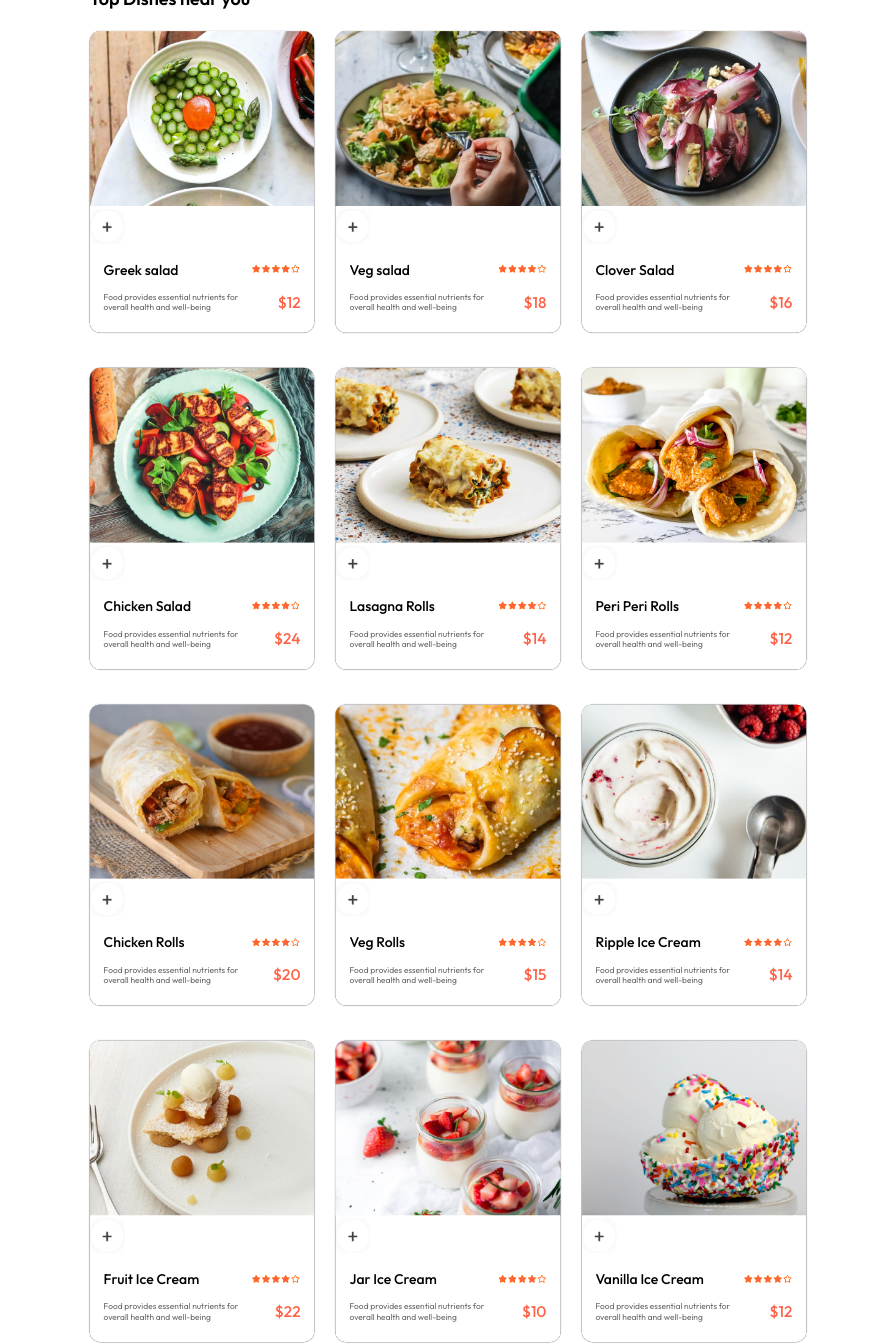
Repository: guilhermecardoso93/tomato-front-end
Page: /
An editor plug-in stored every save of this project. The page is shown before and after the next save, followed by the edit.
The browser window is 1280 px wide. The pictures show the part of the page from y = 948 to 2868 px (the page is 6233 px tall before and 5639 px after), at 70% of full size.
The project was rebuilt for these pictures with package versions that can differ from the ones it lists, and the page was loaded fresh each time. Also part of the build but not shown: vite.config.js, src/pages/Cart/styles.css, src/pages/Cart/index.jsx, src/pages/PlaceOrder/styles.css, src/pages/PlaceOrder/index.jsx.

Above is the page before, as saved 2024-10-30 19:50:39.

### index.html
<!doctype html>
<html lang="en">

<head>
    <meta charset="UTF-8" />
    <link rel="icon" type="image/svg+xml" href="" />
    <link rel="preconnect" href="https://fonts.googleapis.com">
    <link rel="preconnect" href="https://fonts.gstatic.com" crossorigin>
    <link href="https://fonts.googleapis.com/css2?family=Inter:ital,opsz,wght@0,14..32,100..900;1,14..32,100..900&family=Outfit:wght@100..900&display=swap" rel="stylesheet">
    <meta name="viewport" content="width=device-width, initial-scale=1.0" />
    <title>Tomato</title>
</head>

<body>
    <div id="root"></div>
    <script type="module" src="/src/main.jsx"></script>
</body>

</html>

### src/main.jsx
import { StrictMode } from "react";
import { createRoot } from "react-dom/client";
import "./index.css";
import { App } from "./App.jsx";
import { BrowserRouter } from "react-router-dom";
import StoreContextProvider from "./context/StoreContext.jsx";

createRoot(document.getElementById("root")).render(
  <BrowserRouter>
    <StoreContextProvider>
      <App />
    </StoreContextProvider>
  </BrowserRouter>
);

### src/index.css
* {
  padding: 0;
  margin: 0;
  box-sizing: border-box;
}

body {
  min-height: 100vh;
  font-family: "Outfit", sans-serif;
}

a {
  text-decoration: none;
  color: inherit;
}

.app {
  width: 80%;
  margin: auto;
}

@keyframes fadeIn {
  0% {
    opacity: 0;
  }

  100% {
    opacity: 1;
  }
}

### src/App.jsx
import { Routes, Route } from "react-router-dom";
import { Navbar } from "./components/Navbar";

import { Home } from "./pages/Home";
import { Cart } from "./pages/Cart";
import { PlaceOrder } from "./pages/PlaceOrder";

export function App() {
  return (
    <div className="app">
      <Navbar />
      <Routes>
        <Route path="/" element={<Home />} />
        <Route path="/cart" element={<Cart />} />
        <Route path="/order" element={<PlaceOrder />} />
      </Routes>
    </div>
  );
}

### src/context/StoreContext.jsx
import { createContext } from "react";
import { food_list } from "../assets/assets";

export const StoreContext = createContext(null);

const StoreContextProvider = (props) => {
  const contextValue = {
    food_list,
  };

  return (
    <StoreContext.Provider value={contextValue}>
      {props.children}
    </StoreContext.Provider>
  );
};

export default StoreContextProvider;

### src/components/Navbar/index.jsx
import { useState } from "react";
import { assets } from "../../assets/assets";
import "./styles.css";

export const Navbar = () => {
  const [menu, setMenu] = useState("Home");

  return (
    <div className="navbar">
      <img src={assets.logo} alt="Logo" className="logo" />
      <ul className="navbar-menu">
        <li
          onClick={() => setMenu("Home")}
          className={menu === "Home" ? "active" : ""}
        >
          Home
        </li>
        <li
          onClick={() => setMenu("Menu")}
          className={menu === "Menu" ? "active" : ""}
        >
          Menu
        </li>
        <li
          onClick={() => setMenu("MobileApp")}
          className={menu === "MobileApp" ? "active" : ""}
        >
          MobileApp
        </li>
        <li
          onClick={() => setMenu("Contact Us")}
          className={menu === "Contact Us" ? "active" : ""}
        >
          Contact Us
        </li>
      </ul>
      <div className="navbar-right">
        <img src={assets.search_icon} alt="" />
        <div className="navbar-search-icon">
          <img src={assets.basket_icon} alt="" />
          <div className="dot"></div>
        </div>
        <button>sign in</button>
      </div>
    </div>
  );
};

### src/pages/Home/index.jsx
import { useState } from "react";
import { ExplorerMenu } from "../../components/ExplorerMenu";
import { Header } from "../../components/Header";
import "./styles.css";
import { FoodDisplay } from "../../components/FoodDisplay/Index";

export const Home = () => {
  const [category, setCategory] = useState("All");

  return (
    <div>
      <Header />
      <ExplorerMenu category={category} setCategory={setCategory} />
      <FoodDisplay category={category} />
    </div>
  );
};

### src/assets/assets.js
import basket_icon from './icons/basket_icon.png'
import logo from './logo.png'
import header_img from './header_img.png'
import search_icon from './icons/search_icon.png'
import menu_1 from './menu/menu_1.png'
import menu_2 from './menu/menu_2.png'
import menu_3 from './menu/menu_3.png'
import menu_4 from './menu/menu_4.png'
import menu_5 from './menu/menu_5.png'
import menu_6 from './menu/menu_6.png'
import menu_7 from './menu/menu_7.png'
import menu_8 from './menu/menu_8.png'

import food_1 from './food/food_1.png'
import food_2 from './food/food_2.png'
import food_3 from './food/food_3.png'
import food_4 from './food/food_4.png'
import food_5 from './food/food_5.png'
import food_6 from './food/food_6.png'
import food_7 from './food/food_7.png'
import food_8 from './food/food_8.png'
import food_9 from './food/food_9.png'
import food_10 from './food/food_10.png'
import food_11 from './food/food_11.png'
import food_12 from './food/food_12.png'
import food_13 from './food/food_13.png'
import food_14 from './food/food_14.png'
import food_15 from './food/food_15.png'
import food_16 from './food/food_16.png'
import food_17 from './food/food_17.png'
import food_18 from './food/food_18.png'
import food_19 from './food/food_19.png'
import food_20 from './food/food_20.png'
import food_21 from './food/food_21.png'
import food_22 from './food/food_22.png'
import food_23 from './food/food_23.png'
import food_24 from './food/food_24.png'
import food_25 from './food/food_25.png'
import food_26 from './food/food_26.png'
import food_27 from './food/food_27.png'
import food_28 from './food/food_28.png'
import food_29 from './food/food_29.png'
import food_30 from './food/food_30.png'
import food_31 from './food/food_31.png'
import food_32 from './food/food_32.png'

import add_icon_white from './icons/add_icon_white.png'
import add_icon_green from './icons/add_icon_green.png'
import remove_icon_red from './icons/remove_icon_red.png'
import app_store from './icons/app_store.png'
import play_store from './icons/play_store.png'
import linkedin_icon from './icons/linkedin_icon.png'
import facebook_icon from './icons/facebook_icon.png'
import twitter_icon from './icons/twitter_icon.png'
import cross_icon from './icons/cross_icon.png'
import selector_icon from './icons/selector_icon.png'
import rating_starts from './icons/rating_starts.png'
import profile_icon from './icons/profile_icon.png'
import bag_icon from './icons/bag_icon.png'
import logout_icon from './icons/logout_icon.png'
import parcel_icon from './icons/parcel_icon.png'

export const assets = {
    logo,
    basket_icon,
    header_img,
    search_icon,
    rating_starts,
    add_icon_green,
    add_icon_white,
    remove_icon_red,
    app_store,
    play_store,
    linkedin_icon,
    facebook_icon,
    twitter_icon,
    cross_icon,
    selector_icon,
    profile_icon,
    logout_icon,
    bag_icon,
    parcel_icon
}

export const menu_list = [
    {
        menu_name: "Salad",
        menu_image: menu_1
    },
    {
        menu_name: "Rolls",
        menu_image: menu_2
    },
    {
        menu_name: "Deserts",
        menu_image: menu_3
    },
    {
        menu_name: "Sandwich",
        menu_image: menu_4
    },
    {
        menu_name: "Cake",
        menu_image: menu_5
    },
    {
        menu_name: "Pure Veg",
        menu_image: menu_6
    },
    {
        menu_name: "Pasta",
        menu_image: menu_7
    },
    {
        menu_name: "Noodles",
        menu_image: menu_8
    }]

export const food_list = [
    {
        _id: "1",
        name: "Greek salad",
        image: food_1,
        price: 12,
        description: "Food provides essential nutrients for overall health and well-being",
        category: "Salad"
    },
    {
        _id: "2",
        name: "Veg salad",
        image: food_2,
        price: 18,
        description: "Food provides essential nutrients for overall health and well-being",
        category: "Salad"
    }, {
        _id: "3",
        name: "Clover Salad",
        image: food_3,
        price: 16,
        description: "Food provides essential nutrients for overall health and well-being",
        category: "Salad"
    }, {
        _id: "4",
        name: "Chicken Salad",
        image: food_4,
        price: 24,
        description: "Food provides essential nutrients for overall health and well-being",
        category: "Salad"
    }, {
        _id: "5",
        name: "Lasagna Rolls",
        image: food_5,
        price: 14,
        description: "Food provides essential nutrients for overall health and well-being",
        category: "Rolls"
    }, {
        _id: "6",
        name: "Peri Peri Rolls",
        image: food_6,
        price: 12,
        description: "Food provides essential nutrients for overall health and well-being",
        category: "Rolls"
    }, {
        _id: "7",
        name: "Chicken Rolls",
        image: food_7,
        price: 20,
        description: "Food provides essential nutrients for overall health and well-being",
        category: "Rolls"
    }, {
        _id: "8",
        name: "Veg Rolls",
        image: food_8,
        price: 15,
        description: "Food provides essential nutrients for overall health and well-being",
        category: "Rolls"
    }, {
        _id: "9",
        name: "Ripple Ice Cream",
        image: food_9,
        price: 14,
        description: "Food provides essential nutrients for overall health and well-being",
        category: "Deserts"
    }, {
        _id: "10",
        name: "Fruit Ice Cream",
        image: food_10,
        price: 22,
        description: "Food provides essential nutrients for overall health and well-being",
        category: "Deserts"
    }, {
        _id: "11",
        name: "Jar Ice Cream",
        image: food_11,
        price: 10,
        description: "Food provides essential nutrients for overall health and well-being",
        category: "Deserts"
    }, {
        _id: "12",
        name: "Vanilla Ice Cream",
        image: food_12,
        price: 12,
        description: "Food provides essential nutrients for overall health and well-being",
        category: "Deserts"
    },
    {
        _id: "13",
        name: "Chicken Sandwich",
        image: food_13,
        price: 12,
        description: "Food provides essential nutrients for overall health and well-being",
        category: "Sandwich"
    },
    {
        _id: "14",
        name: "Vegan Sandwich",
        image: food_14,
        price: 18,
        description: "Food provides essential nutrients for overall health and well-being",
        category: "Sandwich"
    }, {
        _id: "15",
        name: "Grilled Sandwich",
        image: food_15,
        price: 16,
        description: "Food provides essential nutrients for overall health and well-being",
        category: "Sandwich"
    }, {
        _id: "16",
        name: "Bread Sandwich",
        image: food_16,
        price: 24,
        description: "Food provides essential nutrients for overall health and well-being",
        category: "Sandwich"
    }, {
        _id: "17",
        name: "Cup Cake",
        image: food_17,
        price: 14,
        description: "Food provides essential nutrients for overall health and well-being",
        category: "Cake"
    }, {
        _id: "18",
        name: "Vegan Cake",
        image: food_18,
        price: 12,
        description: "Food provides essential nutrients for overall health and well-being",
        category: "Cake"
    }, {
        _id: "19",
        name: "Butterscotch Cake",
        image: food_19,
        price: 20,
        description: "Food provides essential nutrients for overall health and well-being",
        category: "Cake"
    }, {
        _id: "20",
        name: "Sliced Cake",
        image: food_20,
        price: 15,
        description: "Food provides essential nutrients for overall health and well-being",
        category: "Cake"
    }, {
        _id: "21",
        name: "Garlic Mushroom ",
        image: food_21,
        price: 14,
        description: "Food provides essential nutrients for overall health and well-being",
        category: "Pure Veg"
    }, {
        _id: "22",
        name: "Fried Cauliflower",
        image: food_22,
        price: 22,
        description: "Food provides essential nutrients for overall health and well-being",
        category: "Pure Veg"
    }, {
        _id: "23",
        name: "Mix Veg Pulao",
        image: food_23,
        price: 10,
        description: "Food provides essential nutrients for overall health and well-being",
        category: "Pure Veg"
    }, {
        _id: "24",
        name: "Rice Zucchini",
        image: food_24,
        price: 12,
        description: "Food provides essential nutrients for overall health and well-being",
        category: "Pure Veg"
    },
    {
        _id: "25",
        name: "Cheese Pasta",
        image: food_25,
        price: 12,
        description: "Food provides essential nutrients for overall health and well-being",
        category: "Pasta"
    },
    {
        _id: "26",
        name: "Tomato Pasta",
        image: food_26,
        price: 18,
        description: "Food provides essential nutrients for overall health and well-being",
        category: "Pasta"
    }, {
        _id: "27",
        name: "Creamy Pasta",
        image: food_27,
        price: 16,
        description: "Food provides essential nutrients for overall health and well-being",
        category: "Pasta"
    }, {
        _id: "28",
        name: "Chicken Pasta",
        image: food_28,
        price: 24,
        description: "Food provides essential nutrients for overall health and well-being",
        category: "Pasta"
    }, {
        _id: "29",
        name: "Buttter Noodles",
        image: food_29,
        price: 14,
        description: "Food provides essential nutrients for overall health and well-being",
        category: "Noodles"
    }, {
        _id: "30",
        name: "Veg Noodles",
        image: food_30,
        price: 12,
        description: "Food provides essential nutrients for overall health and well-being",
        category: "Noodles"
    }, {
        _id: "31",
        name: "Somen Noodles",
        image: food_31,
        price: 20,
        description: "Food provides essential nutrients for overall health and well-being",
        category: "Noodles"
    }, {
        _id: "32",
        name: "Cooked Noodles",
        image: food_32,
        price: 15,
        description: "Food provides essential nutrients for overall health and well-being",
        category: "Noodles"
    }
]

### src/components/Navbar/styles.css
.navbar {
  padding: 20px 0;
  display: flex;
  justify-content: space-between;
  align-items: center;
}

.navbar .logo {
  width: 150px;
}

.navbar-menu {
  display: flex;
  list-style: none;
  gap: 10px;
  color: #49557c;
  font-size: 18px;
}

.navbar li {
  cursor: pointer
}

.navbar-right {
  display: flex;
  align-items: center;
  gap: 40px;
}

.navbar button {
  background: transparent;
  font-size: 16px;
  color: #49557c;
  border: 1px solid tomato;
  padding: 10px 30px;
  border-radius: 50px;
  cursor: pointer;
  transition: 0.3s;
}

.navbar button:hover {
  background: #fff4f2;
}

.navbar .active {
  padding-bottom: 2px;
  border-bottom: 2px solid #49557c;
}

.navbar-search-icon {
  position: relative;
}

.navbar-search-icon .dot {
  position: absolute;
  min-height: 10px;
  min-width: 10px;
  background-color: tomato;
  border-radius:  5px;
  top: -8px;
  right: -8px;
}

### src/components/ExplorerMenu/index.jsx
import { menu_list } from "../../assets/assets";

import "./styles.css";

export const ExplorerMenu = ({ category, setCategory }) => {
  return (
    <div className="explorer-menu" id="explore-menu">
      <h1>Explore our menu</h1>
      <p className="explore-menu-text">
        Choose from a diverse menu featuring a delectable arrays os dishes
        crafted with the finest ingredients and culinary expertise. Our mission
        is to satisfy your cravings and elevate your dining experience, one
        delicious meal at a time.
      </p>
      <div className="explore-menu-list">
        {menu_list.map((item, index) => {
          return (
            <div
              className="explore-menu-list-item"
              key={index}
              onClick={() =>
                setCategory((prev) =>
                  prev === item.menu_name ? "All" : item.menu_name
                )
              }
            >
              <img
                src={item.menu_image}
                alt=""
                className={category === item.menu_name ? "active" : ""}
              />
              <p className={category === item.menu_name ? "active-text" : ""}>
                {item.menu_name}
              </p>
            </div>
          );
        })}
      </div>
      <hr />
    </div>
  );
};

### src/components/Header/index.jsx
import "./styles.css";

export const Header = () => {
  return (
    <div className="header">
      <div className="header-container">
        <h2>Oder your favorite food here</h2>
        <p>
          Choose from a diverse menu featuring a delectable arrays os dishes
          crafted with the finest ingredients and culinary expertise. Our
          mission is to satisfy your cravings and elevate your dining
          experience, one delicious meal at a time.
        </p>
        <button> View Menu</button>
      </div>
    </div>
  );
};

### src/components/FoodDisplay/Index.jsx
import { useContext } from "react";
import { StoreContext } from "../../context/StoreContext";
import { FoodItem } from "../FoodItem";

import "./styles.css";

export const FoodDisplay = ({ category }) => {
  const { food_list } = useContext(StoreContext);

  return (
    <div className="food-display" id="food-display">
      <h2>Top Dishes near you</h2>
      <div className="food-display-list">
        {food_list.map((item, index) => {
          return (
            <FoodItem
              key={index}
              id={item.id}
              name={item.name}
              description={item.description}
              price={item.price}
              image={item.image}
            />
          );
        })}
      </div>
    </div>
  );
};

### src/components/ExplorerMenu/styles.css
.explorer-menu {
  display: flex;
  flex-direction: column;
  gap: 1rem;
}

.explorer-menu h1 {
  color: #262626;
  font-size: 500;
}

.explore-menu-text {
  max-width: 60%;
  color: #808080;
}

.explore-menu-list {
  display: flex;
  justify-content: space-between;
  align-items: center;
  gap: 30px;
  text-align: center;
  margin: 20px 0px;
  overflow-x: scroll;
}

.explore-menu-list::-webkit-scrollbar {
  display: none;
}

.explore-menu-list img {
  width: 7.5vw;
  min-width: 80px;
  cursor: pointer;
  border-radius: 50%;
  transition: 0.2s;
}

.explore-menu-list p {
  margin-top: 10px;
  color: #747474;
  font-size: max(1.4vw, 16px);
  cursor: pointer;
}

.explore-menu hr {
  margin: 10px 0px;
  height: 2px;
  background: #e2e2e2;
  border: none;
}

.explore-menu-list .active {
  border: 4px solid tomato;
  padding: 2px;
}

.explore-menu-list .active-text {
  color: tomato;
}

### src/components/Header/styles.css
.header {
  height: 34vw;
  margin: 30px auto;
  background: url('../../assets/header_img.png') no-repeat;
  background-size: contain;
  position: relative;
}



.header-container {
  position: absolute;
  display: flex;
  flex-direction: column;
  align-items: start;
  padding: 20px;
  gap: 1.5vw;
  max-width: 52%;
  bottom: 10%;
  animation: fadeIn 3s;
}


.header-container h2 {
  font-weight: 500;
  color: #f2f2f2f2;
  font-size: max(4.5vw, 22px);
}


.header-container p {
  color: #f2f2f2f2;
  font-size: 1vw;
}


.header-container button {
  border: none;
  color: #747474;
  font-weight: 700;
  padding: 1vw 2.3vw;
  background: white;
  font-size: max(1vw, 13px);
  border-radius: 50px;
}

### src/components/FoodItem/index.jsx
import { useState } from "react";
import { assets } from "../../assets/assets";
import "./styles.css";

export const FoodItem = ({ id, name, price, description, image }) => {
  const [itemCount, setItemCount] = useState(0);

  return (
    <div className="food-item" id={id}>
      <div className="food-item-image-container">
        <img src={image} alt="" className="food-item-image" />
        {!itemCount ? (
          <img
            src={assets.add_icon_white}
            alt=""
            className="add"
            onClick={() => setItemCount((prev) => prev + 1)}
          />
        ) : (
          <div className="food-item-counter">
            <img
              src={assets.remove_icon_red}
              alt=""
              onClick={() => setItemCount((prev) => Math.max(prev - 1, 0))}
            />
            <p>{itemCount}</p>
            <img
              src={assets.add_icon_green}
              alt=""
              onClick={() => setItemCount((prev) => prev + 1)}
            />
          </div>
        )}
      </div>
      <div className="food-item-info">
        <div className="food-item-name-rating">
          <p>{name}</p>
          <img src={assets.rating_starts} alt="" />
        </div>
        <div className="food-item-prices">
          <p className="food-item-description">{description}</p>
          <p className="food-item-price">${price}</p>
        </div>
      </div>
    </div>
  );
};

### src/components/FoodDisplay/styles.css
.food-display {
  margin-top: 30px;
}

.food-display h2 {
  font-size: max(2vw, 24px);
  font-weight: 600;
}


.food-display-list {
  display: grid;
  grid-template-columns: repeat(auto-fill, minmax(240px, 1fr));
  margin-top: 30px;
  gap: 30px;
  row-gap: 50px;
}

### src/components/FoodItem/styles.css
.food-item {
  width: 100%;
  margin: auto;
  border-radius: 15px;
  box-shadow: 0px 0px 1px #000015;
  transition: 0.3s;
  animation: fadeIn 1s;
}

.food-item-image {
  width: 100%;
  border-radius: 15px 15px 0px 0px;
}

.food-item-image-container {
  position: relative;
}

.food-item-counter {
  display: flex;
  justify-content: space-between;
  align-items: center;
}

.food-item-info {
  padding: 20px;
}

.food-item-name-rating {
  display: flex;
  justify-content: space-between;
  align-items: center;
  margin-bottom: 10px;
}

.food-item-name-rating p {
  font-size: 20px;
  font-weight: 500;
}

.food-item-name-rating img {
  width: 70px;
}

.food-item-prices {
  display: flex;
  justify-content: space-between;
  align-items: center;
  gap: 10px;
}

.food-item-description {
  color: #676767;
  font-size: 12px;
  width: 75%;
}

.food-item-price {
  color: tomato;
  font-size: 22px;
  font-weight: 500;
  margin: 10px 0;
}

Loaded but not shown: src/pages/Home/styles.css (no stored copy; drawn as an empty file)

After the next save:
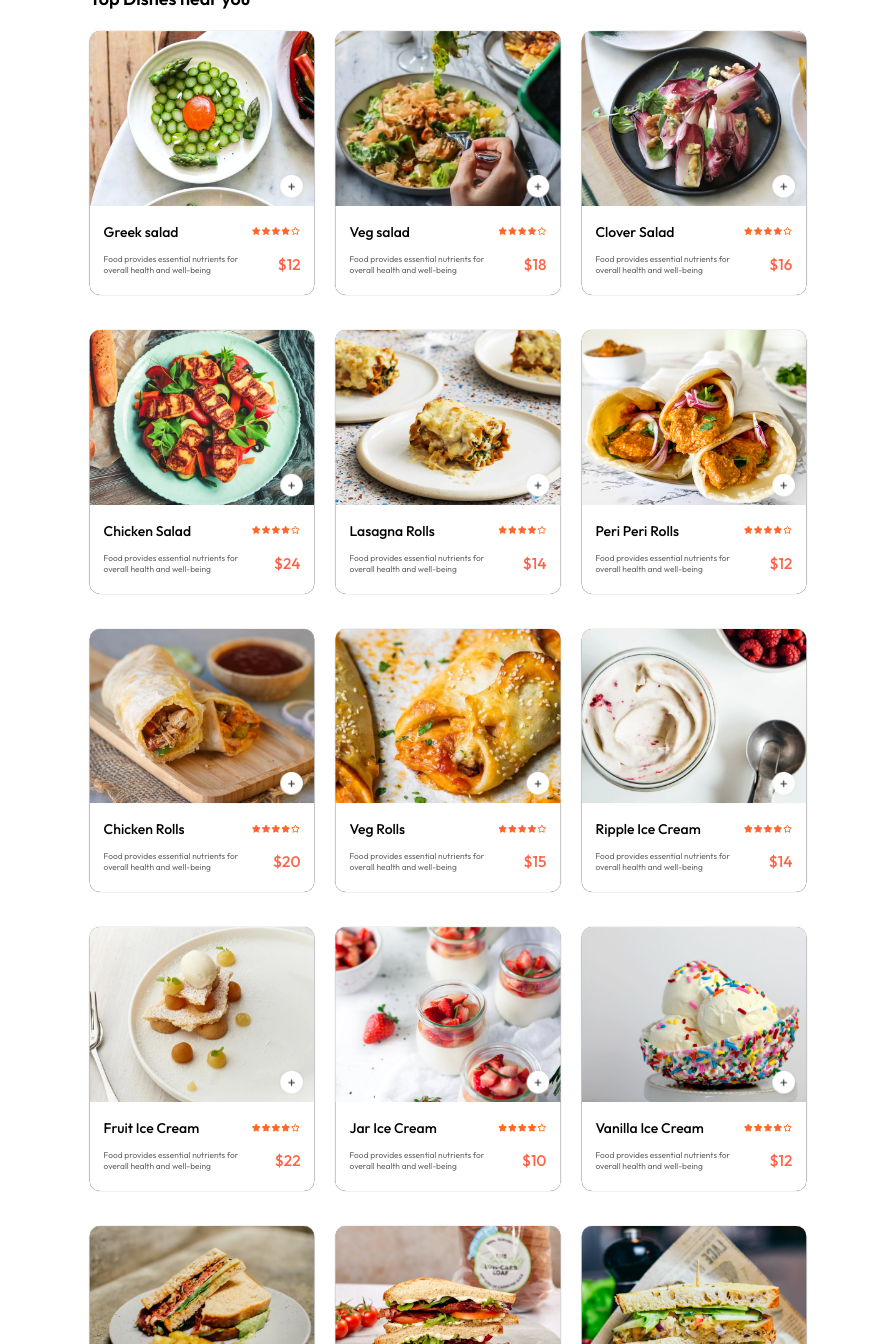
Saved 36 s later.
--- a/src/components/FoodItem/styles.css
+++ b/src/components/FoodItem/styles.css
@@ -14,6 +14,14 @@
 
 .food-item-image-container {
   position: relative;
+}
+
+.food-item-image-container .add {
+  position: absolute;
+  width: 35px;
+  bottom: 15px;
+  right: 15px;
+  cursor: pointer;
 }
 
 .food-item-counter {
